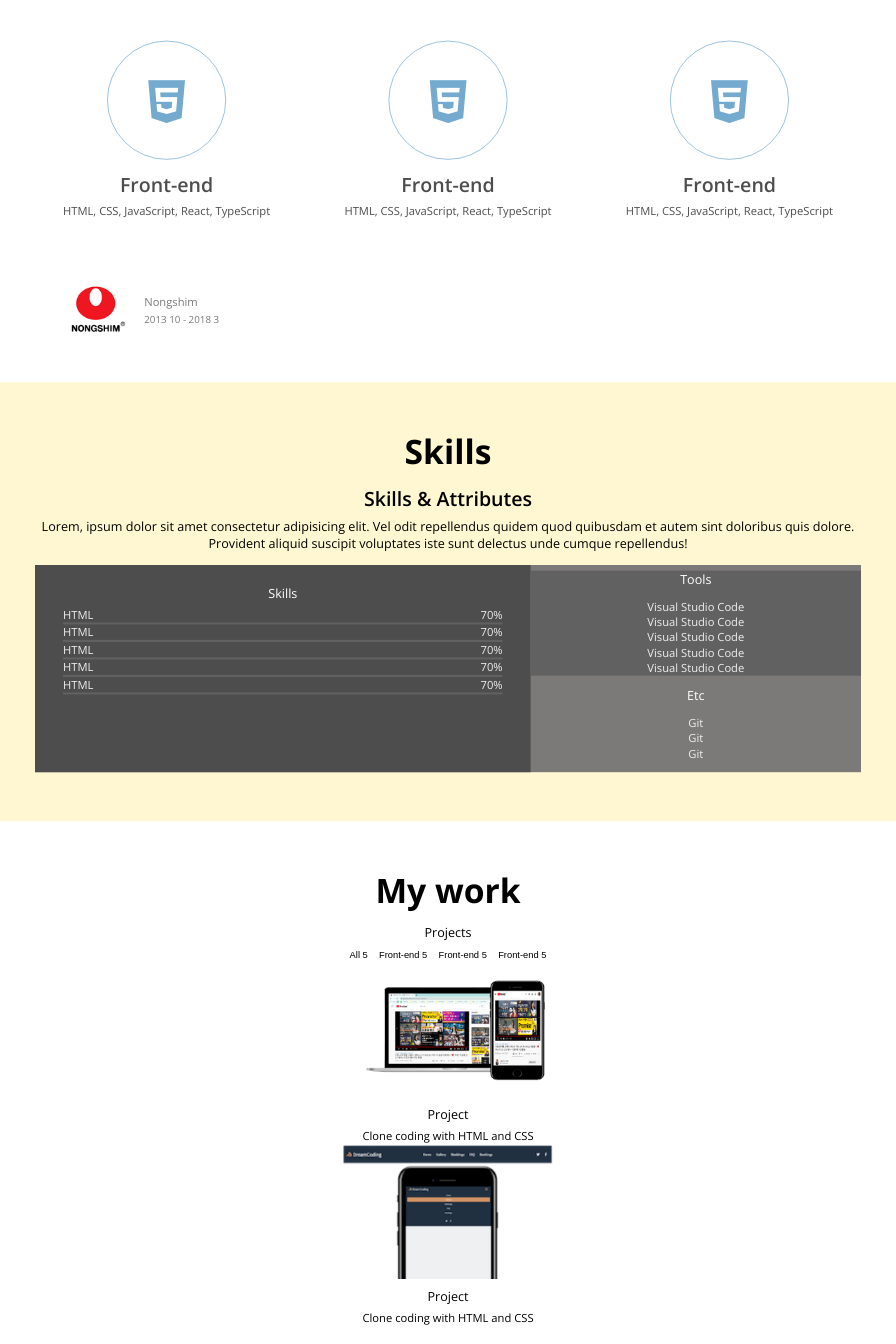
Repository: beomsu9696/Dream_Coding_Academy4
Page: index.html
These files come from the project's save history. The page is drawn as it stood at one moment and after the next save; the edit follows.
The browser window is 1280 px wide. The pictures show the part of the page from y = 953 to 2873 px (the page is 5894 px tall), at 70% of full size.
Some web libraries are served in a nearby version.

Above is the page before, as saved 2021-01-25 22:28:36.

### index.html
<!DOCTYPE html>
<html lang="en">
  <head>
    <meta charset="UTF-8" />
    <meta name="viewport" content="width=device-width, initial-scale=1.0" />
    <title>Portfolio</title>
    <meta name="description" content="Portfolio" />
    <meta name="author" content="Beomsu" />
    <link rel="icon" type="image/png" href="images/favicon.png" />
    <script
      src="https://kit.fontawesome.com/c90a48a564.js"
      crossorigin="anonymous"
    ></script>
    <link rel="preconnect" href="https://fonts.gstatic.com" />
    <link
      href="https://fonts.googleapis.com/css2?family=Open+Sans:wght@400;600;700&display=swap"
      rel="stylesheet"
    />
    <link rel="stylesheet" href="style.css" />
    <script src="main.js" defer></script>
  </head>
  <body>
    <!-- Navbar -->
    <nav id="navbar">
      <div class="navbar__logo">
        <i class="fab fa-diaspora"></i>
        <a href="#">Beomsu</a>
      </div>
      <ul class="navbar__menu">
        <li class="navbar__menu__item active">Home</li>
        <li class="navbar__menu__item">About</li>
        <li class="navbar__menu__item">Skills</li>
        <li class="navbar__menu__item">My Work</li>
        <li class="navbar__menu__item">Testimonials</li>
        <li class="navbar__menu__item">Contact</li>
      </ul>
    </nav>
    <!-- Home -->
    <section id="home">
      <img
        src="images/profile.JPG"
        alt="Beomsu's profile photo"
        class="home__avatar"
      />
      <h1 class="home__title">Hello, <br />I'm Dream Coder</h1>
      <h2 class="home__description">Working from home</h2>
      <button class="home__contact">Contact Me</button>
    </section>
    <!-- About -->
    <section id="about" class="section section__container">
      <h1>About me</h1>
      <p>
        Lorem ipsum dolor sit, amet consectetur adipisicing elit. Nesciunt,
        minus officiis? Accusamus eligendi animi fuga quam ex sed eos similique
        quidem sit eum veniam facere aliquid natus, inventore nesciunt quod.
      </p>
      <div class="about__majors">
        <div class="major">
          <div class="major__icon">
            <i class="fab fa-html5"></i>
          </div>
          <h2 class="major__title">Front-end</h2>
          <div class="major__description">
            HTML, CSS, JavaScript, React, TypeScript
          </div>
        </div>
        <div class="major">
          <div class="major__icon">
            <i class="fab fa-html5"></i>
          </div>
          <h2 class="major__title">Front-end</h2>
          <div class="major__description">
            HTML, CSS, JavaScript, React, TypeScript
          </div>
        </div>
        <div class="major">
          <div class="major__icon">
            <i class="fab fa-html5"></i>
          </div>
          <h2 class="major__title">Front-end</h2>
          <div class="major__description">
            HTML, CSS, JavaScript, React, TypeScript
          </div>
        </div>
      </div>
      <div class="about__jobs">
        <div class="job">
          <img
            src="images/jobs/logo-nongshim.png"
            alt="nongshim"
            class="job__logo"
          />
          <div class="job__description">
            <p class="job__name">Nongshim</p>
            <p class="job__period">2013 10 - 2018 3</p>
          </div>
        </div>
        <div class="job">
          <img src="" alt="" class="job__logo" />
          <div class="job__description">
            <p class="job__name"></p>
            <p class="job__period"></p>
          </div>
        </div>
      </div>
    </section>
    <!-- Skills -->
    <section id="skills" class="section">
      <div class="section__container">
        <h1>Skills</h1>
        <h2>Skills & Attributes</h2>
        <p>
          Lorem, ipsum dolor sit amet consectetur adipisicing elit. Vel odit
          repellendus quidem quod quibusdam et autem sint doloribus quis dolore.
          Provident aliquid suscipit voluptates iste sunt delectus unde cumque
          repellendus!
        </p>
        <div class="skillset">
          <div class="skillset__left">
            <h3 class="skillset__title">Skills</h3>
            <div class="skill">
              <div class="skill__description">
                <span>HTML</span>
                <span>70%</span>
              </div>
              <!-- <progress value="70" max="100"></progress> -->
              <div class="skill__bar">
                <div class="skill__value"></div>
              </div>
            </div>
            <div class="skill">
              <div class="skill__description">
                <span>HTML</span>
                <span>70%</span>
              </div>
              <div class="skill__bar">
                <div class="skill__value"></div>
              </div>
            </div>
            <div class="skill">
              <div class="skill__description">
                <span>HTML</span>
                <span>70%</span>
              </div>
              <div class="skill__bar">
                <div class="skill__value"></div>
              </div>
            </div>
            <div class="skill">
              <div class="skill__description">
                <span>HTML</span>
                <span>70%</span>
              </div>
              <div class="skill__bar">
                <div class="skill__value"></div>
              </div>
            </div>
            <div class="skill">
              <div class="skill__description">
                <span>HTML</span>
                <span>70%</span>
              </div>
              <div class="skill__bar">
                <div class="skill__value"></div>
              </div>
            </div>
          </div>
          <div class="skillset__right">
            <div class="tools">
              <h3 class="skillset__title">Tools</h3>
              <ul class="tools__list">
                <li><span>Visual Studio Code</span></li>
                <li><span>Visual Studio Code</span></li>
                <li><span>Visual Studio Code</span></li>
                <li><span>Visual Studio Code</span></li>
                <li><span>Visual Studio Code</span></li>
              </ul>
            </div>
            <div class="etc">
              <h3 class="skillset__title">Etc</h3>
              <ul class="etc__list">
                <li><span>Git</span></li>
                <li><span>Git</span></li>
                <li><span>Git</span></li>
              </ul>
            </div>
          </div>
        </div>
      </div>
    </section>
    <!-- Work -->
    <section id="work" class="section">
      <h1>My work</h1>
      <h3>Projects</h3>
      <div class="work__categories">
        <button class="category__btn">
          All <span class="category__count">5</span>
        </button>
        <button class="category__btn">
          Front-end <span class="category__count">5</span>
        </button>
        <button class="category__btn">
          Front-end <span class="category__count">5</span>
        </button>
        <button class="category__btn">
          Front-end <span class="category__count">5</span>
        </button>
      </div>
      <div class="work__projects">
        <a href="#" class="project" target="_blank"></a>
        <img
          class="project__img"
          src="images/projects/project1.png"
          alt="Project1"
        />
        <div class="project__description">
          <h3>Project</h3>
          <span>Clone coding with HTML and CSS</span>
        </div>
      </div>
      <div class="work__projects">
        <a href="#" class="project" target="_blank"></a>
        <img
          class="project__img"
          src="images/projects/project2.png"
          alt="Project2"
        />
        <div class="project__description">
          <h3>Project</h3>
          <span>Clone coding with HTML and CSS</span>
        </div>
      </div>
      <div class="work__projects">
        <a href="#" class="project" target="_blank"></a>
        <img
          class="project__img"
          src="images/projects/project3.png"
          alt="Project3"
        />
        <div class="project__description">
          <h3>Project</h3>
          <span>Clone coding with HTML and CSS</span>
        </div>
      </div>
      <div class="work__projects">
        <a href="#" class="project" target="_blank"></a>
        <img
          class="project__img"
          src="images/projects/project4.png"
          alt="Project4"
        />
        <div class="project__description">
          <h3>Project</h3>
          <span>Clone coding with HTML and CSS</span>
        </div>
      </div>
      <div class="work__projects">
        <a href="#" class="project" target="_blank"></a>
        <img
          class="project__img"
          src="images/projects/project5.png"
          alt="Project5"
        />
        <div class="project__description">
          <h3>Project</h3>
          <span>Clone coding with HTML and CSS</span>
        </div>
      </div>
      <div class="work__projects">
        <a href="#" class="project" target="_blank"></a>
        <img
          class="project__img"
          src="images/projects/project6.png"
          alt="Project6"
        />
        <div class="project__description">
          <h3>Project</h3>
          <span>Clone coding with HTML and CSS</span>
        </div>
      </div>
      <div class="work__projects">
        <a href="#" class="project" target="_blank"></a>
        <img
          class="project__img"
          src="images/projects/project7.png"
          alt="Project7"
        />
        <div class="project__description">
          <h3>Project</h3>
          <span>Clone coding with HTML and CSS</span>
        </div>
      </div>
      <div class="work__projects">
        <a href="#" class="project" target="_blank"></a>
        <img
          class="project__img"
          src="images/projects/project8.png"
          alt="Project8"
        />
        <div class="project__description">
          <h3>Project</h3>
          <span>Clone coding with HTML and CSS</span>
        </div>
      </div>
    </section>
    <!-- Testimonials -->
    <section id="testimonials" class="section">
      <h1>Testimonials</h1>
      <h3>See what they say about me</h3>
      <div class="testimonials">
        <div class="testimonial">
          <img
            src="images/people1.jpg"
            alt="People"
            class="testmonial__avatar"
          />
          <div class="testimonial__speech-bubble">
            <p>
              Lorem ipsum dolor sit amet consectetur adipisicing elit. Corporis
              sequi mollitia odit commodi, neque illo. Voluptatum possimus illum
              qui dolores optio porro ipsa doloribus atque tenetur voluptas,
              distinctio nulla sit?
            </p>
            <p class="name"><a href="#">Man</a>Google</p>
          </div>
        </div>
        <div class="testimonial">
          <img
            src="images/people1.jpg"
            alt="People"
            class="testmonial__avatar"
          />
          <div class="testimonial__speech-bubble">
            <p>
              Lorem ipsum dolor sit amet consectetur adipisicing elit. Corporis
              sequi mollitia odit commodi, neque illo. Voluptatum possimus illum
              qui dolores optio porro ipsa doloribus atque tenetur voluptas,
              distinctio nulla sit?
            </p>
            <p class="name"><a href="#">Man</a>Google</p>
          </div>
        </div>
      </div>
    </section>
    <!-- Contact -->
    <section id="contact" class="section">
      <h1 class="contact__title">Let's talk</h1>
      <h2 class="contact__email">dream.coder.ellie@gmail.com</h2>
      <div class="contact__links">
        <a href="#" target="_blank">
          <i class="fab fa-github"></i>
        </a>
        <a href="#" target="_blank">
          <i class="fab fa-linkedin"></i>
        </a>
      </div>
      <p class="contact__rights">
        2021 Dream Coding Ellie - All rights reserved
      </p>
    </section>
  </body>
</html>

### style.css
/* Universal tags */
* {
  box-sizing: border-box;
}

body {
  margin: 0;
  font-family: "Open Sans", sans-serif;
  cursor: default;
}

a {
  text-decoration: none;
  color: var(--color-white);
}

ul {
  list-style: none;
  padding-left: 0;
}

button {
  outline: none;
  background-color: transparent;
  cursor: pointer;
  border: none;
}

/* Global */
:root {
  /* Color */
  --color-white: #ffffff;
  --color-light-white: #eeeeee;
  --color-dark-white: #bdbdbd;
  --color-pink: #fe918d;
  --color-dark-pink: #ff6863;
  --color-dark-grey: #4d4d4d;
  --color-grey: #616161;
  --color-light-grey: #7c7979;
  --color-blue: #73aace;
  --color-yellow: #fff7d1;
  --color-orange: #feb546;
  --color-black: #000000;

  /* Font size */
  --font-large: 48px;
  --font-medium: 28px;
  --font-regular: 18px;
  --font-small: 16px;
  --font-micro: 14px;

  /* Font weight */
  --weight-bold: 700;
  --weight-semi-bold: 600;
  --weight-regular: 400;

  /* Size */
  --size-border-radius: 4px;

  /* Animation */
  --animation-duration: 300ms;
}

/* Typography */

h1 {
  font-size: var(--font-large);
  font-weight: var(--weight-bold);
  color: var(--color-black);
  margin: 16px 0px;
}

h2 {
  font-size: var(--font-medium);
  font-weight: var(--weight-semi-bold);
  color: var(--color-black);
  margin: 8px 0;
}

h3 {
  font-size: var(--font-regular);
  font-weight: var(--weight-regular);
  color: var(--color-black);
  margin: 8px 0;
}

p {
  font-size: var(--font-regular);
  font-weight: var(--weight-regular);
  color: var(--color-black);
  margin: 4px 0;
}

/* Navbar */
#navbar {
  display: flex;
  justify-content: space-between;
  background-color: var(--color-pink);
  align-items: center;
  color: var(--color-white);
  padding: 16px;
}

.navbar__menu {
  display: flex;
}

.navbar__logo {
  font-size: var(--font-medium);
  font-weight: var(--weight-semi-bold);
}

.navbar__menu__item {
  padding: 8px 12px;
  margin: 0 4px;
  cursor: pointer;
  border-radius: var(--size-border-radius);
}

.navbar__menu__item.active {
  border: 1px solid var(--color-white);
}

.navbar__menu__item:hover {
  background-color: var(--color-dark-pink);
}

/* Home */
#home {
  background: center/cover no-repeat url(images/homebackground.png);
  padding: 40px;
  text-align: center;
}

.home__avatar {
  width: 250px;
  height: 250px;
  border-radius: 50%;
  border: 2px solid var(--color-light-white);
}

.home__title,
.home__description {
  color: var(--color-white);
}

.home__contact {
  color: var(--color-white);
  font-size: var(--font-regular);
  font-weight: var(--weight-bold);
  margin: 24px;
  padding: 8px 12px;
  border: 2px solid var(--color-white);
  border-radius: var(--size-border-radius);
}

/* Section common */
.section {
  text-align: center;
  padding: 50px;
  margin: auto;
}

.section__container {
  max-width: 1200px;
  margin: auto;
}
/* About */
.about__majors {
  display: flex;
  justify-content: space-between;
  margin: 80px 0;
}

.major__icon {
  width: 170px;
  height: 170px;
  line-height: 170px;
  font-size: 70px;
  margin: auto;
  color: var(--color-blue);
  border: 1px solid var(--color-blue);
  border-radius: 50%;
  margin-bottom: 16px;
}

.major__icon i {
  transition: all var(--animation-duration) ease;
}

.major__icon:hover i {
  color: var(--color-pink);
  transform: rotate(-30deg) scale(1.1);
}

.major__title,
.major__description {
  color: var(--color-dark-grey);
}

.major__description {
  font-size: var(--font-small);
}

.job {
  display: flex;
  align-items: center;
}

.job__description {
  margin: 0 16px;
  text-align: left;
}

.job__name,
.job__period {
  color: var(--color-light-grey);
}

.job__name {
  font-size: var(--font-small);
}

.job__period {
  font-size: var(--font-micro);
}

/* Skill */
#skills {
  background-color: var(--color-yellow);
}

.skillset {
  display: flex;
  background-color: var(--color-light-grey);
  color: var(--color-light-white);
  margin: 20px 0;
}

.skillset__title {
  color: var(--color-white);
}

.skillset__left {
  flex-basis: 60%;
  background-color: var(--color-dark-grey);
  padding: 20px 40px;
}

.skill__description {
  display: flex;
  justify-content: space-between;
}

.skill__bar {
  width: 100%;
  height: 3px;
  background-color: var(--color-grey);
}

.skillset__right {
  flex-basis: 40%;
}

.tools {
  background-color: var(--color-grey);
}

Loaded but not shown: main.js (no copy from this time; the picture is the same without it)

After the next save:
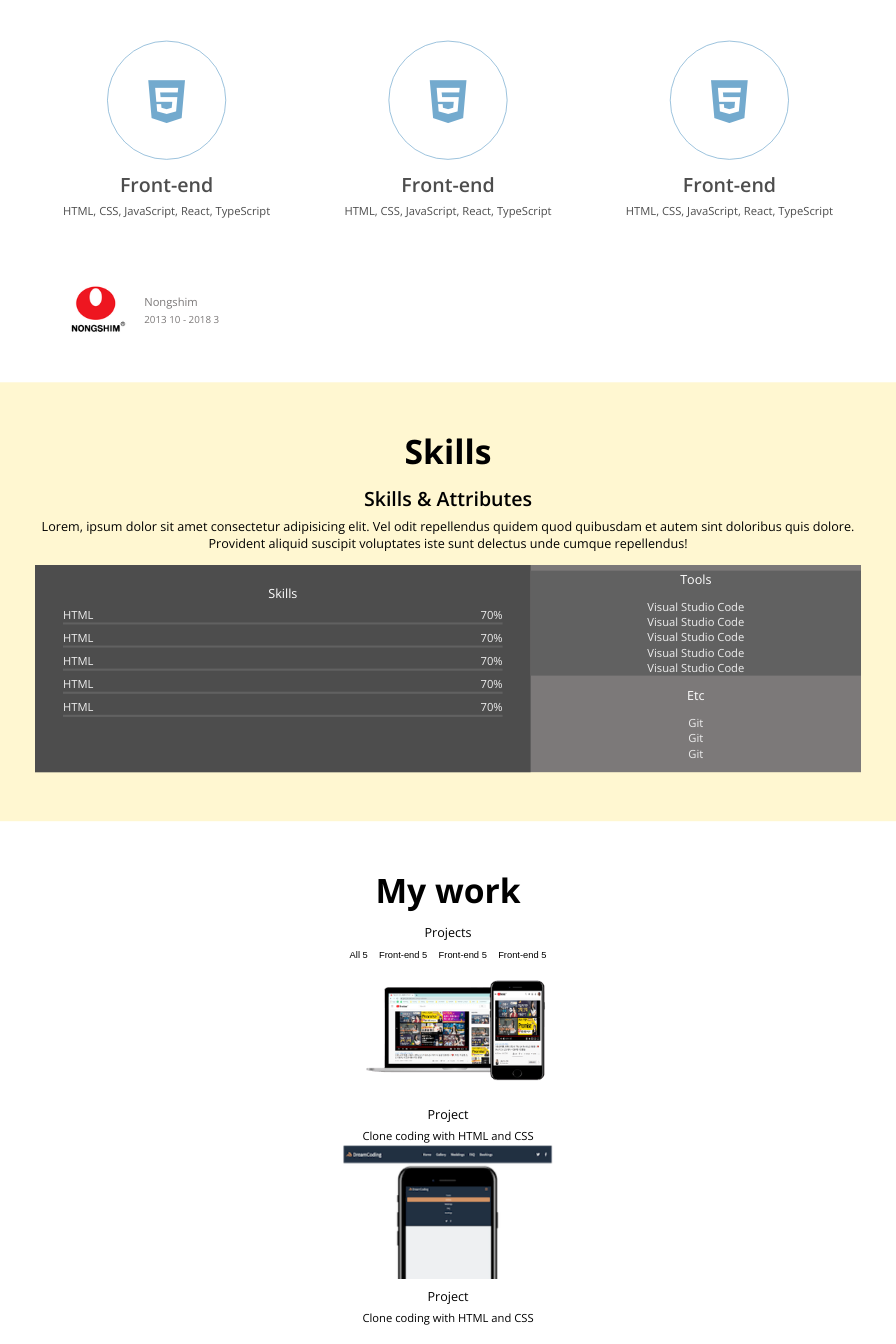
Saved 19 s later.
--- a/style.css
+++ b/style.css
@@ -247,6 +247,10 @@
   padding: 20px 40px;
 }
 
+.skill {
+  margin-bottom: 8px;
+}
+
 .skill__description {
   display: flex;
   justify-content: space-between;
